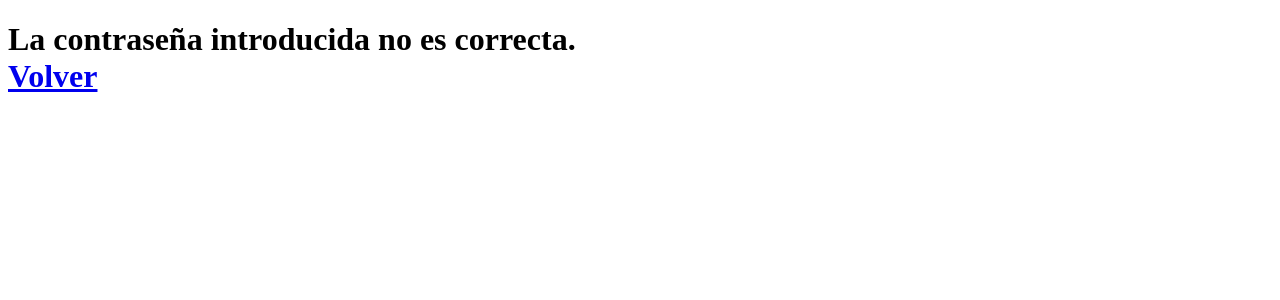
Repository: angegon/Developing-Applications-for-the-Java-EE-Platform
Page: http://localhost/15_validacion_servlet_jsp/error.jsp
The author's editor kept a copy of each file at every save. The page is drawn from the files as they stood at one save, then again after the next save.
The browser window is 1280 px wide. The pictures show the whole page.
The page is served by Tomcat 9. Other server files are loaded and not shown.

Above is the page before, as saved 2016-12-22 15:18:43.

### javaee/15_validacion_servlet_jsp/WebContent/error.jsp
<%@ page language="java" contentType="text/html; charset=ISO-8859-1"
    pageEncoding="ISO-8859-1"%>
<!DOCTYPE html PUBLIC "-//W3C//DTD HTML 4.01 Transitional//EN" "http://www.w3.org/TR/html4/loose.dtd">
<html>
<head>
<meta http-equiv="Content-Type" content="text/html; charset=ISO-8859-1">
<title>Insert title here</title>
</head>
<body>
			<h1>La contraseña introducida no es correcta.
			</br><a href='login.html'>Volver</a>
</body>
</html>

After the next save:
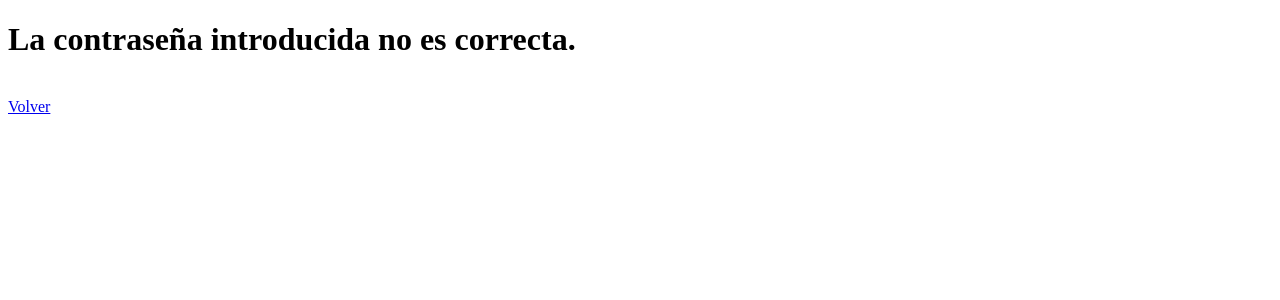
Saved 6 s later.
--- a/javaee/15_validacion_servlet_jsp/WebContent/error.jsp
+++ b/javaee/15_validacion_servlet_jsp/WebContent/error.jsp
@@ -7,7 +7,7 @@
 <title>Insert title here</title>
 </head>
 <body>
-			<h1>La contraseña introducida no es correcta.
+			<h1>La contraseña introducida no es correcta.	</h1>
 			</br><a href='login.html'>Volver</a>
 </body>
 </html>
